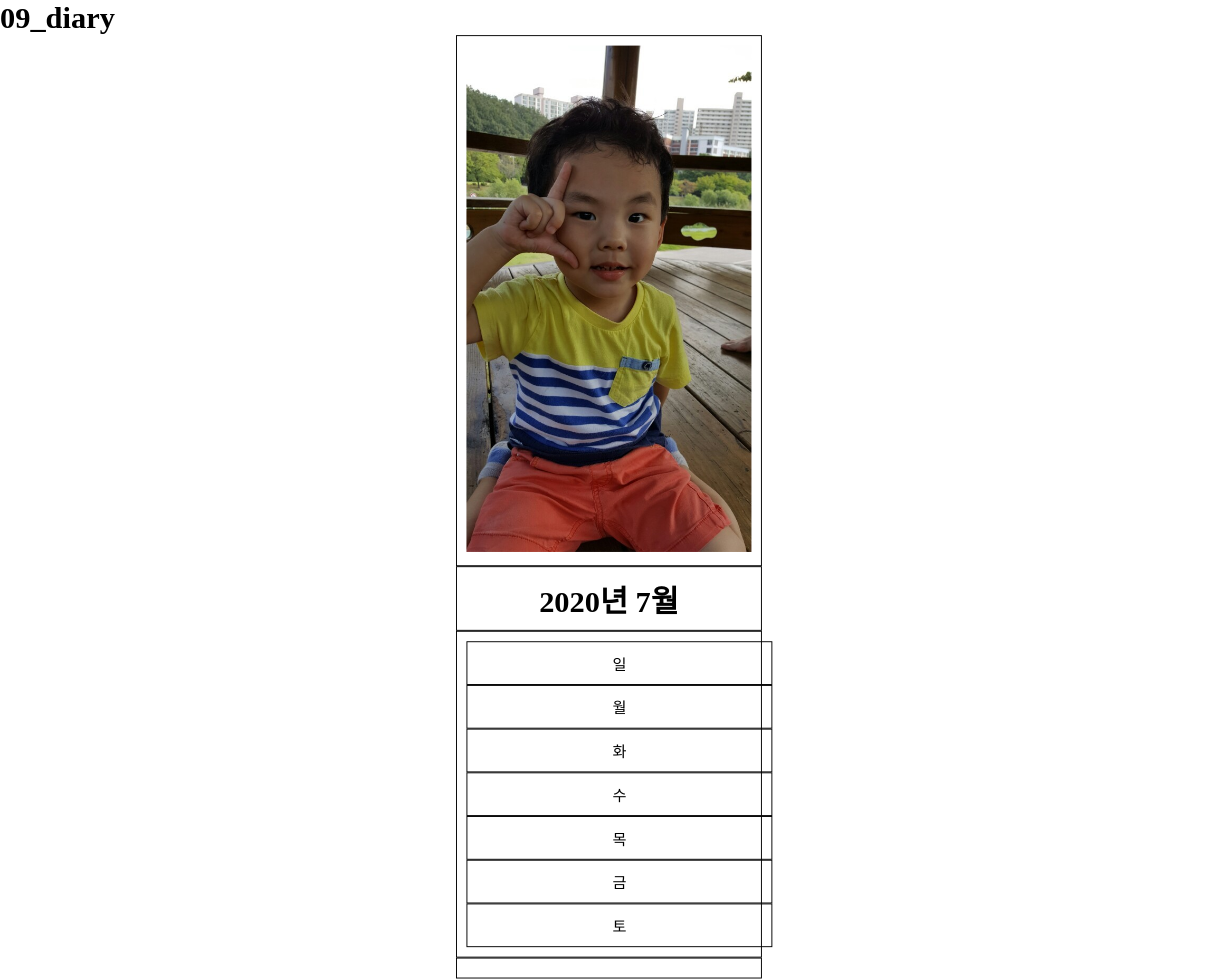
Repository: psun2/Korea-IT-Academy
Page: (back up) _ 오전/study_a/web_work/scriptProj/WebContent/first/09_diary.html
The author's editor kept a copy of each file at every save. The page is drawn from the files as they stood at one save, then again after the next save.
The browser window is 1280 px wide. The pictures show the whole page, at 95% of full size.

Above is the page before, as saved 2020-07-31 01:36:40.

### (back up) _ 오전/study_a/web_work/scriptProj/WebContent/first/09_diary.html
<!DOCTYPE html>
<html>
<head>
<meta charset="UTF-8">
<title>09_diary</title>
<style>
	*{
		margin:0;
		padding:0;
	}
	.wrapper{
		width:320px;
		margin:0 auto;

	}
	.wrapper > div{
		width : 300px;
		border: 1px solid #000;
		padding: 10px;
		text-align: center;
	}
	img {
		width : 300px;
	}
	.wrapper > div > div{
		width : 300px;
		border: 1px solid #000;
		padding: 10px;
		text-align: center;
	}

</style>
</head>
<body>
<h1>09_diary</h1>
<div class="wrapper">
	<div><img src="../fff/son1.jpeg" alt="" /></div>
	<div>
		<h1>2020년 7월</h1>
	</div>
	<div>
		<div>일</div>
		<div>월</div>
		<div>화</div>
		<div>수</div>
		<div>목</div>
		<div>금</div>
		<div>토</div>
	</div>
	<div></div>
</div>
</body>
</html>

After the next save:
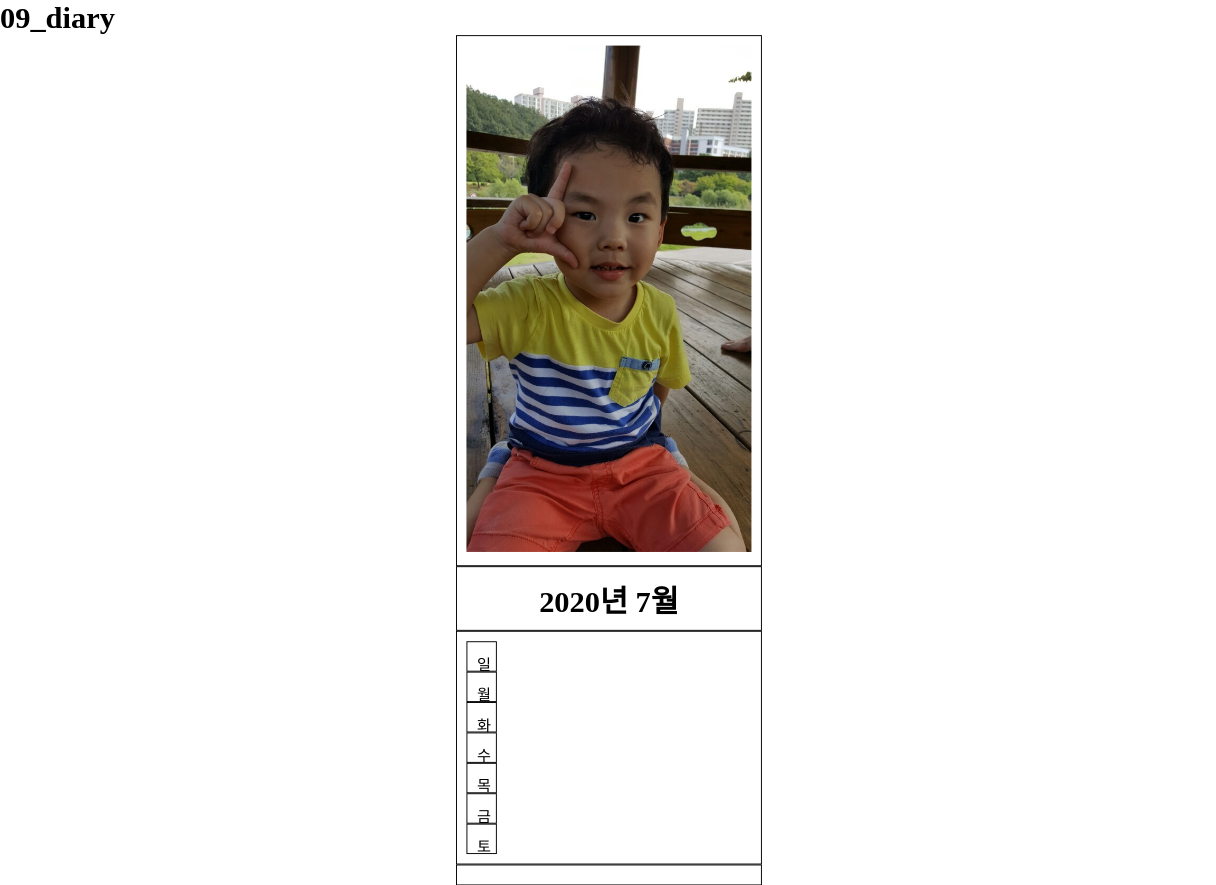
Saved 22 s later.
--- a/(back up) _ 오전/study_a/web_work/scriptProj/WebContent/first/09_diary.html
+++ b/(back up) _ 오전/study_a/web_work/scriptProj/WebContent/first/09_diary.html
@@ -23,7 +23,8 @@
 		width : 300px;
 	}
 	.wrapper > div > div{
-		width : 300px;
+		width : 10px;
+		height :10px;
 		border: 1px solid #000;
 		padding: 10px;
 		text-align: center;
